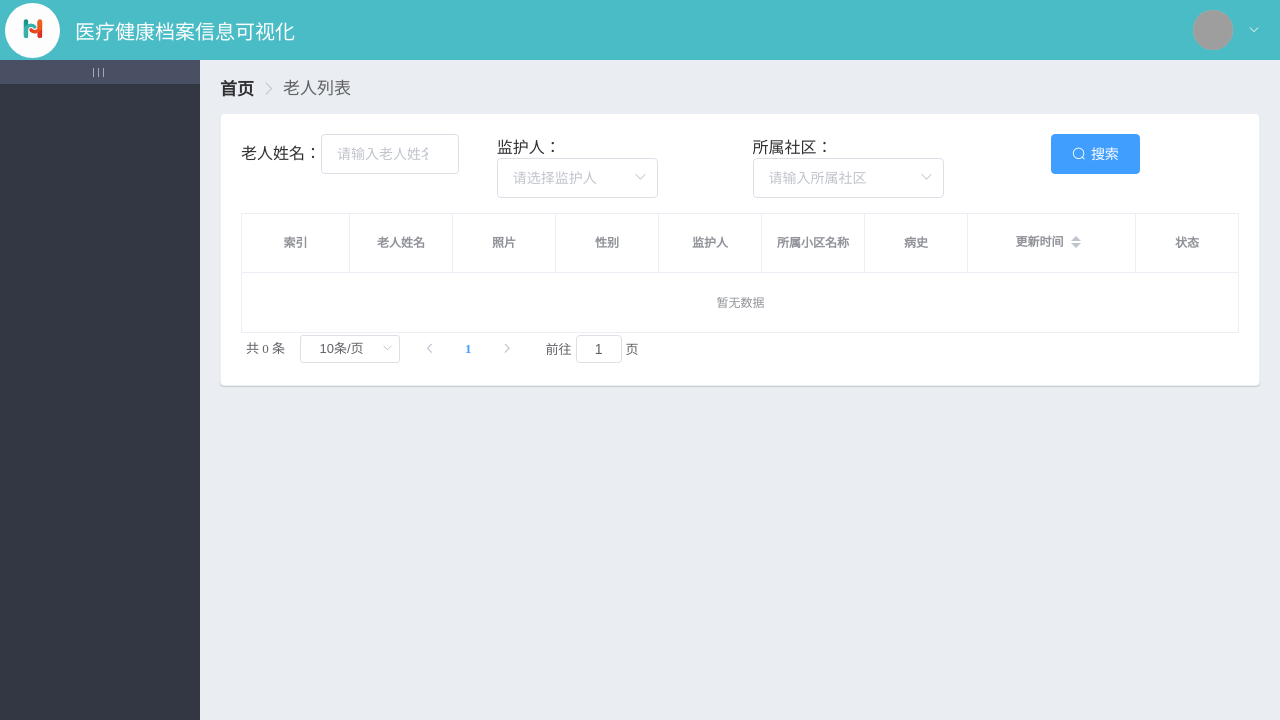
Repository: hyyBubbly/community-web-vue
Page: /#/older (app in community/)
An editor plug-in stored every save of this project. The page is shown before and after the next save, followed by the edit.
The browser window is 1280 px wide. The pictures show the whole page.
Pictures or frames that could not be fetched are drawn as grey boxes. The page's requests for data from a server got no answer. The project was rebuilt for these pictures with package versions that can differ from the ones it lists, and the page was loaded fresh each time. No one was signed in, and anything a server would have sent is missing. Also part of the build but not shown: community/vue.config.js, community/src/components/Login.vue, community/src/components/Welcome.vue, community/src/components/User/UserList.vue, community/src/components/admin/WorkerList.vue, community/src/components/community/CommunityList.vue, community/src/components/healthfiles/HealthyData.vue, community/src/components/healthfiles/Healthiness.vue and 13 more.

Above is the page before, as saved 2024-01-28 13:42:35.

### community/src/App.vue
<template>
  <div id="app">
    <router-view></router-view>
  </div>
</template>
<script>
  // export default {
  //   name: 'App',
  //   provide(){
  //     return {
  //       reload: this.reload
  //     }
  //   },
  //   data(){
  //     return {
  //       isRouterAlive: true
  //     }
  //   },
  //   methods:{
  //     reload() {
  //       this.isRouterAlive = false;
  //       this.$nextTick(function (){
  //         this.isRouterAlive = true
  //       })
  //     }
  //   }
  // }
</script>
<style>

</style>

### community/src/assets/css/global.css
/* 全局样式 */
HTML,body,#app{
	height: 100%;
	margin: 0;
	padding: 0;
}
/* 卡片区域  !important 提高样式级别*/
.el-card{
	box-shadow: 0 1px 1px rgba(0,8,10,0.15) !important;
}

/*表格样式*/
.el-table{
	margin-top: 15px;
	font-size: 12px;
	min-width: 350px;
}

### community/src/assets/font/iconfont.css
@font-face {
  font-family: "iconfont"; /* Project id 3270408 */
  src: url('iconfont.woff2?t=1652753196788') format('woff2'),
       url('iconfont.woff?t=1652753196788') format('woff'),
       url('iconfont.ttf?t=1652753196788') format('truetype');
}

.iconfont {
  font-family: "iconfont" !important;
  font-size: 16px;
  font-style: normal;
  -webkit-font-smoothing: antialiased;
  -moz-osx-font-smoothing: grayscale;
}

.icon-huoyuedu:before {
  content: "\e607";
}

.icon-xiaoqushu:before {
  content: "\e6df";
}

.icon-fangwenliang:before {
  content: "\e646";
}

.icon-duzheliuyan:before {
  content: "\e604";
}

.icon-hudongshequ:before {
  content: "\e62f";
}

.icon-huoyueshu:before {
  content: "\e702";
}

.icon-community:before {
  content: "\e61c";
}

.icon-shujujiance:before {
  content: "\e683";
}

.icon-huzhu:before {
  content: "\e778";
}

.icon-denglu:before {
  content: "\e603";
}

.icon-mima:before {
  content: "\e65c";
}

.icon-gouwuche:before {
  content: "\e600";
}

.icon-2jiankangzhishi:before {
  content: "\e622";
}

.icon-huodong:before {
  content: "\e630";
}

.icon-canyinguanli:before {
  content: "\e624";
}

.icon-huodong1:before {
  content: "\e870";
}

.icon-jiankangdanganx:before {
  content: "\e60d";
}

.icon-yiliaohuzhu:before {
  content: "\e686";
}

.icon-yonghu:before {
  content: "\e633";
}

.icon-guanliyuan:before {
  content: "\e62a";
}

.icon-guanliyuan1:before {
  content: "\e681";
}

.icon-menu_lrkh:before {
  content: "\e656";
}

.icon-shequ:before {
  content: "\e663";
}

### community/src/components/Home.vue
<template>
	<!-- 引入布局 -->
	<el-container class="home-container" v-loading="loading">
		<!-- 头部 -->
	  <el-header>
		  <div class="clickPop">
			  <img src="../assets/sportlogo.jpg" alt/>
			  <span class="span-font">医疗健康档案信息可视化</span>
		  </div>
        <el-dropdown class="clickPop">
          <el-avatar src="https://cube.elemecdn.com/0/88/03b0d39583f48206768a7534e55bcpng.png" style="margin-right: 10px"></el-avatar>
          <span class="el-dropdown-link">
    {{getUsername()}}<i class="el-icon-arrow-down el-icon--right"></i>
        </span>
          <el-dropdown-menu slot="dropdown">
            <el-dropdown-item><span @click="Main">首页</span></el-dropdown-item>
<!--            <el-dropdown-item><el-badge :value="12"><span @click="">购物车</span></el-badge></el-dropdown-item>-->
            <el-dropdown-item><span @click="$router.push({path:'/personal'})">个人中心</span></el-dropdown-item>
            <el-dropdown-item><span type="info" @click="quit">安全退出</span></el-dropdown-item>
          </el-dropdown-menu>
        </el-dropdown>

	  </el-header>
	  <!-- 主体 -->
	  <el-container>
		  <!-- 侧边栏 -->
	    <el-aside :width="width">
			  <el-menu background-color="#545c64" text-color="#fff" active-text-color="#00a3f4"
        unique-opened :collapse="isCollapse" :collapse-transition="false" :router="true"
        :default-active="activePath">
          <div class="toggle-button" @click="toggleCollapase">|||</div>
				  <!-- 一级菜单 -->
			      <el-submenu :index="item.id + ''" v-for="item in menuList" :key="item.id">
			        <template slot="title">
			          <i :class="iconsObject[item.id]"></i>
			          <span style="margin-left: 7px">{{item.title}}</span>
			        </template>
					<!-- 二级菜单 -->
					<el-menu-item :index="it.path + ''" v-for="it in item.sList" :key="it.id" @click="saveNavState()">
						<template slot="title">
						  <i :class="iconsObject[it.id]"></i>
						  <span style="margin-left: 7px">{{it.title}}</span>
						</template>
					</el-menu-item>
			      </el-submenu>
			    </el-menu>
		</el-aside>
		<!-- 主体内容 -->
      <el-main>
			  <router-view></router-view>
		  </el-main>
      <el-dialog title="用户评价" :visible.sync="isDialog" width="40%">
        <el-col :span="7" style="margin-top: 15px"><el-rate v-model="assessForm.assess" show-text></el-rate></el-col>
        <!-- 内容底部区域    -->
        <span slot="footer" class="dialog-footer">
            <el-button @click="isDialog = false">取 消</el-button>
            <el-button type="primary" @click="logout">确 认</el-button>
        </span>
      </el-dialog>
	  </el-container>
	</el-container>
</template>
<script>
export default{
	  data(){
		  return{
			  //菜单列表
        loading:true,
        width:"200px",
			  menuList:[],
        isCollapse:false,
        sList:[],
        assessForm:{
			  assess:""
        },
        isPopup:false,
        isDialog:false,
        percentage:0,
        customColors:"",
        token:"",
        editPassword:{
          id:"",
          username:"",
          oldPassword:"",
          newPassword:"",
          passwordConfirm:""
        },
        iconsObject:{
			    '100':'iconfont icon-yonghu',
			    '200':'iconfont icon-shequ',
				  '300':'iconfont icon-jiankangdanganx',
				  '400':'iconfont icon-huzhu',
				  '500':'iconfont icon-2jiankangzhishi',
				  '600':'iconfont icon-huodong1',
			    '101':'iconfont icon-guanliyuan1',
			    '102':'iconfont icon-yonghu',
				  '103':'iconfont icon-menu_lrkh',
			    '201':'iconfont icon-shequ',
			    '301':'iconfont icon-jiankangdanganx',
			    '302':'iconfont icon-shujujiance',
				  '401':'iconfont icon-yiliaohuzhu',
				  '402':'iconfont icon-gouwuche',
			    '403':'iconfont icon-canyinguanli',
			    '501':'iconfont icon-2jiankangzhishi',
			    '601':'iconfont icon-huodong1',
        },
        activePath:"/welcome",// 默认路径
		  }
	  },
  // onload事件
	  created() {
      //查询menuList
      this.getUsername();
      this.getMenuList();
      this.activePath = window.sessionStorage.getItem('activePath');//取出session里的path动态修改
      this.loading = false;
    },
	  methods:{
      quit(){
        if(window.sessionStorage.getItem("isAssess") === "1"){
          return this.logout()
        }
        this.isDialog = true
      },
      Main(){
        this.$router.push("/welcome");
      },
      getUsername(){
        this.editPassword.id = window.sessionStorage.getItem("id");
        this.editPassword.username = window.sessionStorage.getItem("workName");
        return this.editPassword.username;
      },
		  //安全退出
	  async logout(){
      if(this.assessForm.assess !== '' && this.assessForm.assess !== null && this.assessForm.assess !== 0)
      {
        this.assessForm.workId = window.sessionStorage.getItem("id")
        this.assessForm.createName = window.sessionStorage.getItem("workName")
        this.assessForm.roleId = window.sessionStorage.getItem("roleId")
        const{data:res} = await this.$http.post("/assess/addAssess",this.assessForm)
        if(res !== "success"){
          return this.$message.error("评价失败！！！")
        }
        this.$message.success("评价成功！！！")
      }
      const confirmResult = await this.$confirm('是否确定退出？','提示',{
        confirmButtonText:"确定",
        cancelButtonText:"取消",
        type:'warning'
      }).catch(err => err)
      if(confirmResult!=='confirm'){//取消
        return this.$message.info("已取消退出");
      }
      window.sessionStorage.clear();//清除session
      window.localStorage.clear();
      await this.$router.push("/login");//回到首页
		  },
		  //获取导航菜单
		 async getMenuList(){
       let token
       if(window.sessionStorage.getItem("roleId") === '' || window.sessionStorage.getItem("roleId") === null)
       {
         token = this.$route.query.roleId
       }else{
         token = window.sessionStorage.getItem("roleId")
       }
			 const {data:res} = await this.$http.get("menus?roleId=" + token);
			 console.log(res);
			 if(res.flag !== 200)
				 return this.$message.error("获取列表失败!!!");//访问失败的错误信息
			 this.menuList = res.menus;//返回数据
		},

      //控制伸缩
     toggleCollapase(){
        this.isCollapse = !this.isCollapse;
        if(this.isCollapse === true){
          this.width = "64px";
        }else{
          this.width = "200px";
        }
     },
      //保存路径
      saveNavState(activePath){
		    window.sessionStorage.setItem('activePath',activePath);//存放在session里
		    this.activePath = activePath;
      }
	}
  }
</script>

<style lang="less" scoped>
	// 全局样式
	.home-container{
		height: 100%;
	}
	//头部样式
	.el-header{
		// background-color: #373d41;
    background-color: #4abcc6;
		display: flex;
		align-items: center;
		justify-content: space-between; //左右贴边
		padding-left: 0%;//左边界
		color:#fff;
		font-size:20px;
	}
  .clickPop{
    display: flex;
    align-items: center;
    cursor: pointer;//显示小手
    img {
      border-radius: 50%;
      margin: 5px;
    }
  }
  .span-font{
    margin-left: 10px;
    font-family: 隶书;
  }
	//侧边栏样式
	.el-aside{
		background-color: #333744;
    .el-menu{
      border-right: none;
    }
	}
	//主体样式
	.el-main{
		background-color: #eaedf1;
	}
	img{
		width: 55px;
		height: 55px;
	}
  // |||按钮样式
  .toggle-button{
    background-color: #4A5064;
    font-size: 10px;
    line-height: 24px;
    color: #fff;
    text-align: center;
    letter-spacing: 0.2rem;
    cursor: pointer;//显示小手
  }
  .el-dropdown-link {
    cursor: pointer;
    color: #fffdef;
  }
  .el-icon-arrow-down {
    font-size: 12px;
  }

</style>

Loaded but not shown: community/public/index.html (common file); community/src/plugins/element.js (common file); community/src/router/index.js (149 lines, source omitted); community/src/main.js (29 lines, source omitted); community/src/components/User/OlderInfoList.vue (432 lines, source omitted)

After the next save:
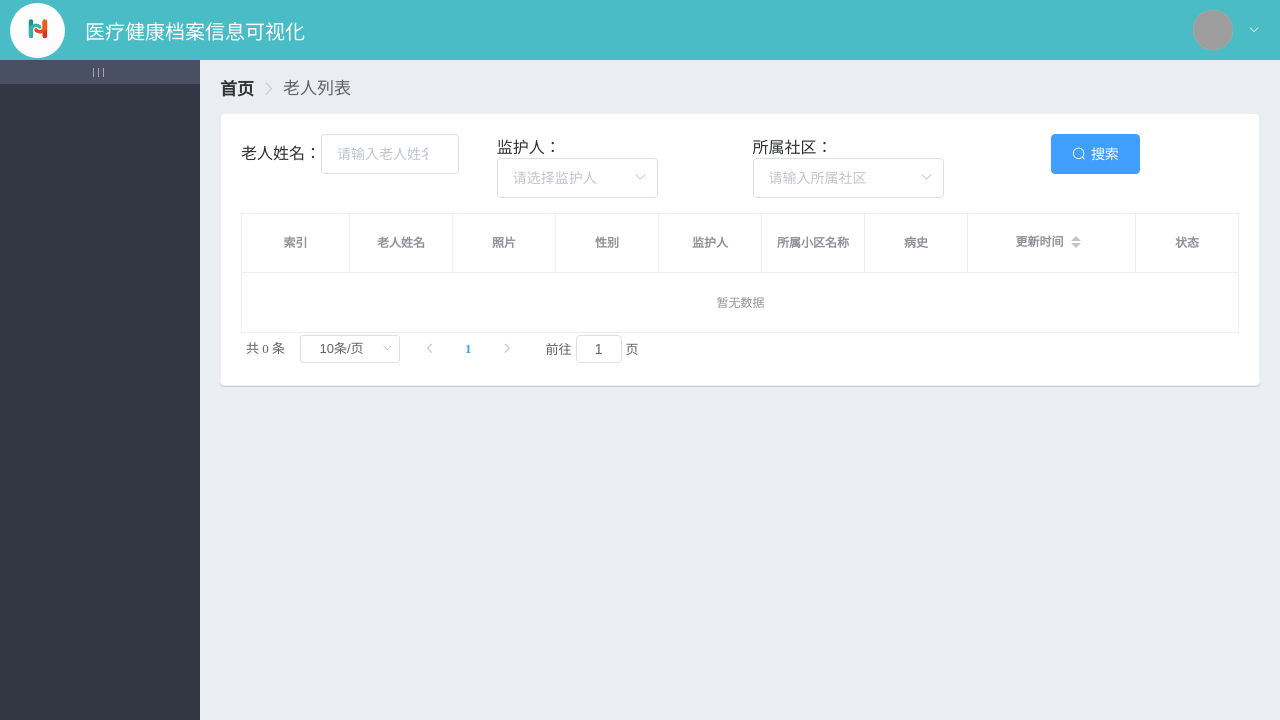
Saved 4 s later.
--- a/community/src/components/Home.vue
+++ b/community/src/components/Home.vue
@@ -211,7 +211,7 @@
     cursor: pointer;//显示小手
     img {
       border-radius: 50%;
-      margin: 5px;
+      margin: 10px;
     }
   }
   .span-font{

After the save that followed:
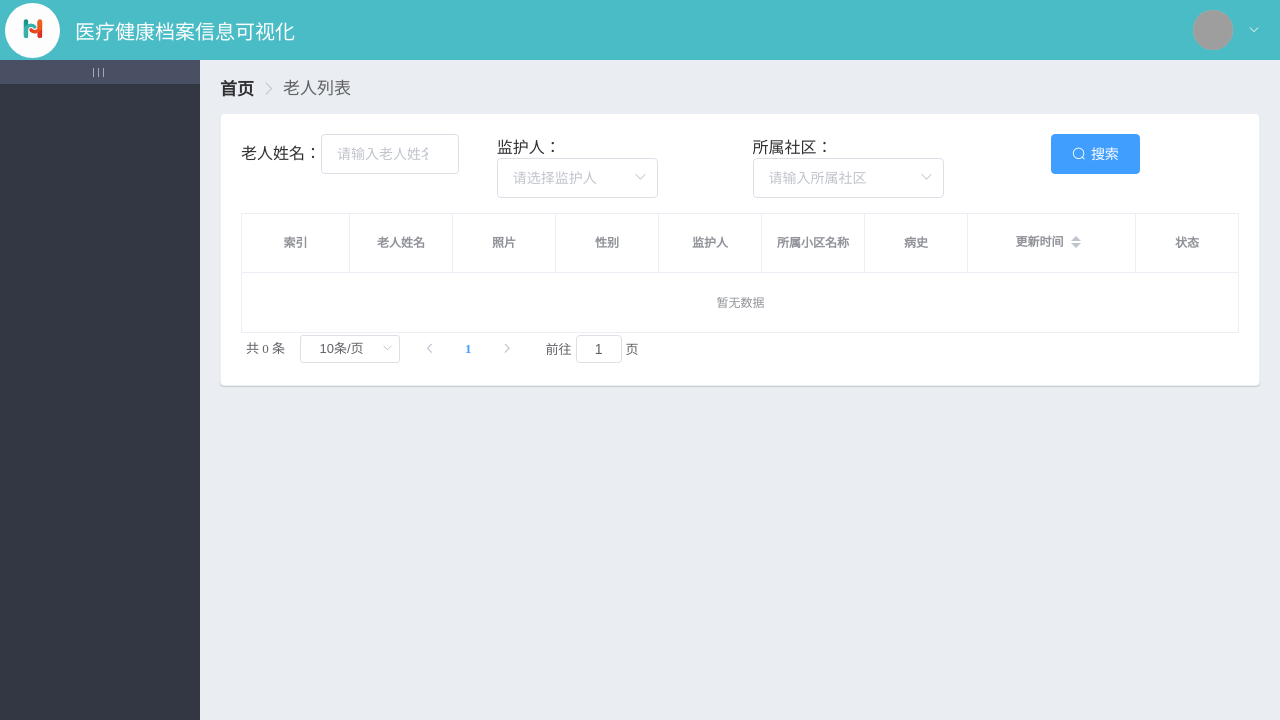
Saved 5 s later.
--- a/community/src/components/Home.vue
+++ b/community/src/components/Home.vue
@@ -211,7 +211,7 @@
     cursor: pointer;//显示小手
     img {
       border-radius: 50%;
-      margin: 10px;
+      margin: 5px;
     }
   }
   .span-font{
